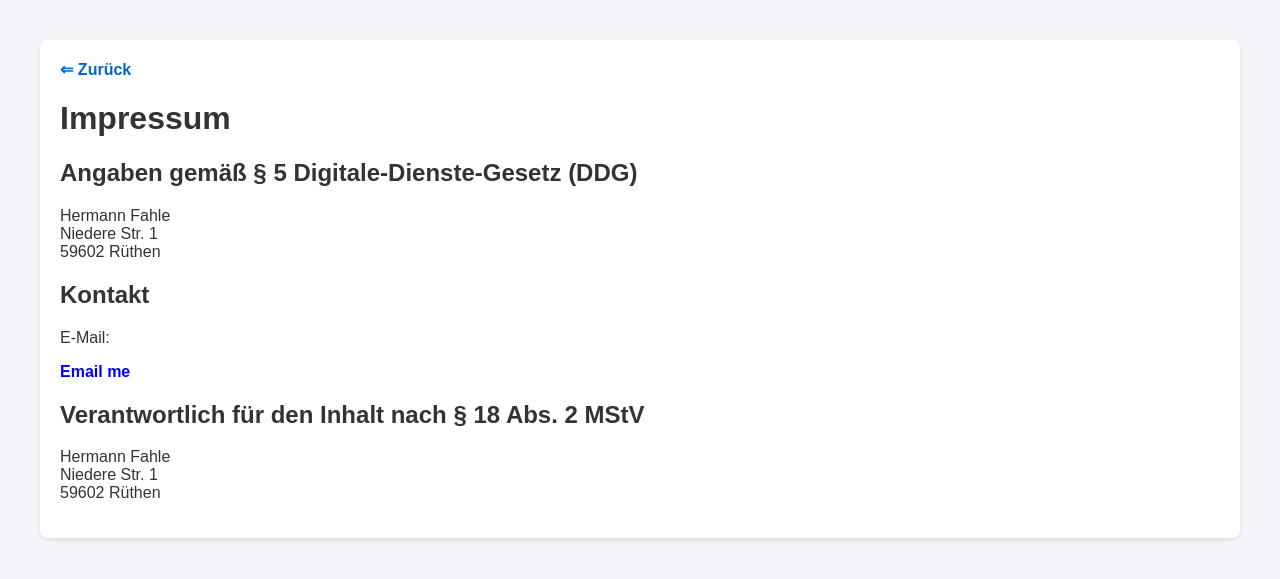
Repository: h-fahle/h-fahle.github.io
Page: impressum.html
An editor plug-in stored every save of this project. The page is shown before and after the next save, followed by the edit.
The browser window is 1280 px wide. The pictures show the whole page.

Above is the page before, as saved 2026-05-24 14:33:20.

After the next save:
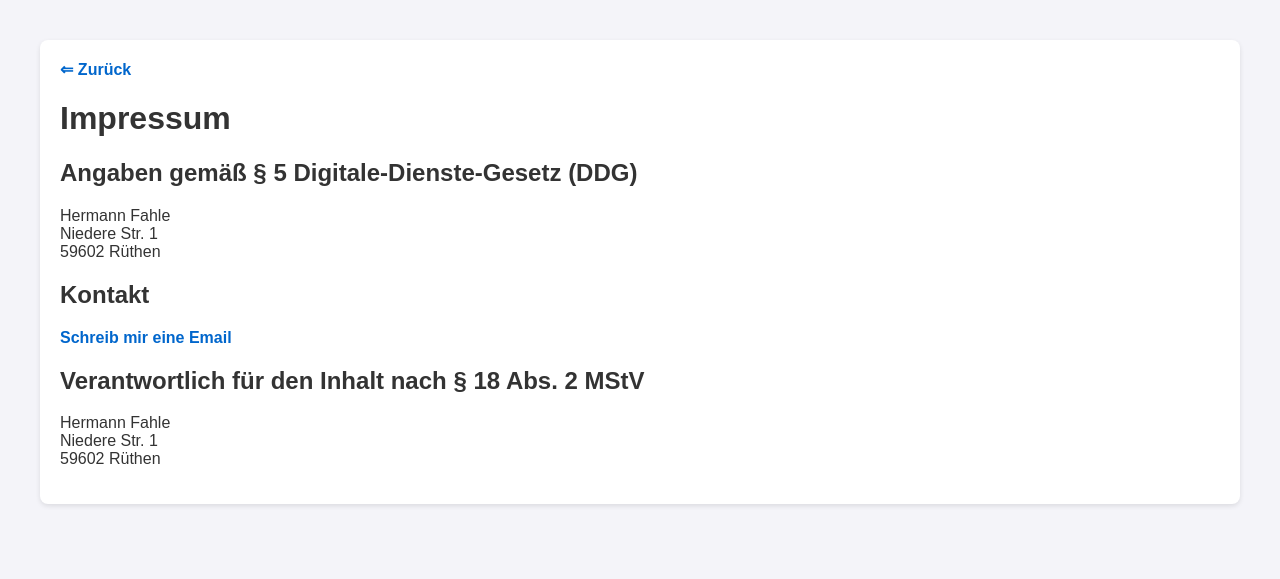
Saved 3 min 25 s later.
--- a/impressum.html
+++ b/impressum.html
@@ -52,10 +52,10 @@
         <h2>Angaben gemäß § 5 Digitale-Dienste-Gesetz (DDG)</h2>
         <p>Hermann Fahle<br>Niedere Str. 1<br>59602 Rüthen</p>
         <h2>Kontakt</h2>
-        <p>E-Mail:</p>
         <script type="text/javascript"><!--/* Generated by www.email-encoder.com */
-for(var uvzgwx=["Zw","bA","PQ","ZQ","Yw","YQ","bA","aQ","bQ","PQ","Ig","YQ","bA","bw","Lg","aQ","Ig","dQ","bA","cw","aQ","aw","cg","YQ","PA","YQ","IA","PQ","IA","Lg","IA","bQ","cw","YQ","Ig","eQ","Pg","bA","bQ","YQ","aw","dA","bA","YQ","bQ","Lw","YQ","IA","bA","PQ","bA","ZQ","YQ","Pg","bw","Og","ZA","ZQ","bw","cg","bQ","bQ","Yw","LQ","ZQ","Yg","bA","bw","aQ","Ig","ZQ","YQ","Ig","cA","cw","cw","dA","Og","QA","bQ","Ig","Zg","ZQ","Ig","aQ","bA","YQ","cg","PA","Ig","IA","Yw","aA","aQ","bg","RQ","aQ","bg","dA"],ujfzew=[28,60,41,43,50,97,82,59,29,73,85,58,47,78,33,63,66,83,62,54,39,21,26,45,95,10,38,7,67,20,92,93,68,25,56,70,86,91,36,89,65,69,32,30,57,96,16,2,12,55,51,84,22,98,35,15,40,94,14,79,44,9,34,61,5,81,77,76,31,42,19,52,48,24,23,53,13,80,27,88,8,6,72,37,90,71,1,4,0,74,49,75,3,11,64,87,46,17,18],czcstd=new Array,i=0;i<ujfzew.length;i++)czcstd[ujfzew[i]]=uvzgwx[i];for(var i=0;i<czcstd.length;i++)document.write(atob(czcstd[i]+"=="));
+for(var rzihyi=["Uw","cg","ZQ","bQ","Yg","Lg","Lg","PQ","YQ","IA","dw","Yg","QA","dA","aA","ZA","Zg","aQ","aQ","aA","Ig","cg","YQ","ZQ","bQ","PA","ZQ","ZQ","Lw","bg","bQ","Ig","aA","ZQ","RQ","bQ","PA","YQ","bA","aQ","bA","ZQ","aA","Og","aQ","IA","YQ","bg","YQ","IA","bw","Yw","YQ","Zg","aQ","Pg","Pg","cg","IA","bA","ZQ","cg","ZQ","bg"],yvucyj=[38,4,5,19,32,23,33,7,62,54,30,44,29,13,40,34,24,58,43,16,36,41,20,35,46,60,17,50,61,22,9,8,26,53,55,56,0,1,59,47,27,28,3,15,11,49,10,52,57,2,14,39,25,6,51,63,37,48,45,12,31,18,42,21],jkyurl=new Array,i=0;i<yvucyj.length;i++)jkyurl[yvucyj[i]]=rzihyi[i];for(var i=0;i<jkyurl.length;i++)document.write(atob(jkyurl[i]+"=="));
 // --></script><noscript>Please enable JavaScript to see the email address (<a href="https://www.email-encoder.com/enablejs/" target="_blank" rel="noopener noreferrer">How-to</a>).</noscript>
+
         <h2>Verantwortlich für den Inhalt nach § 18 Abs. 2 MStV</h2>
         <p>Hermann Fahle<br>Niedere Str. 1<br>59602 Rüthen</p>
     </div>
